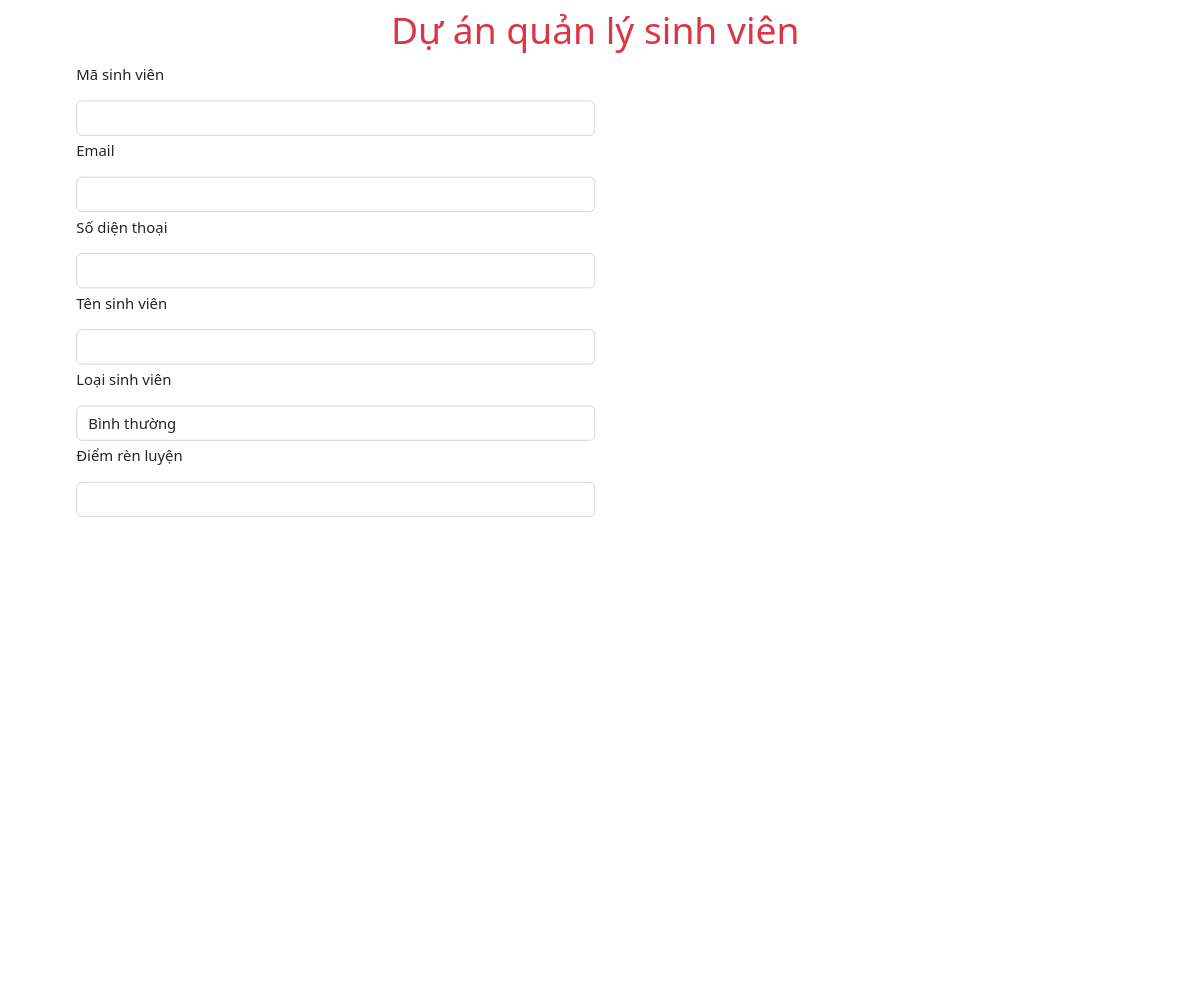
Repository: hcozyph/Cybersoft_JS_OOP
Page: index.html
The author's editor kept a copy of each file at every save. The page is drawn from the files as they stood at one save, then again after the next save.
The browser window is 1280 px wide. The pictures show the whole page, at 93% of full size.

Above is the page before, as saved 2023-02-26 09:22:58.

### index.html
<!DOCTYPE html>
<html lang="en">
    <head>
        <title>Quản lý sinh viên</title>
        <!-- Required meta tags -->
        <meta charset="utf-8" />
        <meta
            name="viewport"
            content="width=device-width, initial-scale=1, shrink-to-fit=no"
        />

        <!-- Bootstrap CSS v5.2.1 -->
        <link
            href="https://cdn.jsdelivr.net/npm/bootstrap@5.2.1/dist/css/bootstrap.min.css"
            rel="stylesheet"
            integrity="sha384-iYQeCzEYFbKjA/T2uDLTpkwGzCiq6soy8tYaI1GyVh/UjpbCx/TYkiZhlZB6+fzT"
            crossorigin="anonymous"
        />

        <!-- index.css -->
        <link rel="stylesheet" href="./assets/styles/index.css" />
    </head>

    <body>
        <div class="container" style="margin-bottom: 500px">
            <div class="title">
                <h3 class="text-center fs-1 text-danger my-2">
                    Dự án quản lý sinh viên
                </h3>
            </div>

            <div class="content">
                <div class="row"></div>
                <div class="col-md-6">
                    <div class="form-group my-1">
                        <p>Mã sinh viên</p>
                        <input class="form-control" id="maSinhVien"></input>
                    </div>

                    <div class="form-group my-1">
                        <p>Email</p>
                        <input class="form-control" id="email"></input>
                    </div>

                    <div class="form-group my-1">
                        <p>Số diện thoại</p>
                        <input class="form-control" id="soDienThoai"></input>
                    </div>
                </div>

                <div class="col-md-6">
                    <div class="form-group my-1">
                        <p>Tên sinh viên</p>
                        <input class="form-control" id="tenSinhVien"></input>
                    </div>

                    <div class="form-group my-1">
                        <p>Loại sinh viên</p>
                        <select class="form-control" id="loaiSinhVien">
                            <option value="">Bình thường</option>
                            <option value="">Khó khăn</option>
                        </select>
                    </div>

                    <div class="form-group my-1">
                        <p>Điểm rèn luyện</p>
                        <input type="number" class="form-control" id="diemRenLuyen">
                    </div>
                </div>
            </div>
        </div>

        <!-- Bootstrap JavaScript Libraries -->
        <script
            src="https://cdn.jsdelivr.net/npm/@popperjs/core@2.11.6/dist/umd/popper.min.js"
            integrity="sha384-oBqDVmMz9ATKxIep9tiCxS/Z9fNfEXiDAYTujMAeBAsjFuCZSmKbSSUnQlmh/jp3"
            crossorigin="anonymous"
        ></script>

        <script
            src="https://cdn.jsdelivr.net/npm/bootstrap@5.2.1/dist/js/bootstrap.min.js"
            integrity="sha384-7VPbUDkoPSGFnVtYi0QogXtr74QeVeeIs99Qfg5YCF+TidwNdjvaKZX19NZ/e6oz"
            crossorigin="anonymous"
        ></script>

        <!-- index.js -->
        <script src="./controllers/js/index.js"></script>
    </body>
</html>

### controllers/js/index.js
////----MÔ HÌNH MVC
/*
    M [model]       -- nơi chứa các file js là prototype (class)
    V [view]        -- nơi chứa các file giao diện (.html)
    C [controller]  -- các file điều hướng giao diện (index.html => index.js, qlsp.html => qlsp.js)

    ---------------------------------------------------

    util    -- chứa các file dùng chung cho dự án (ví dụ: các method sử dụng ở các dự án trước, hoặc libs [thư viện js] )
    assets  -- là folder chứa tài nguyên của hệ thống (img, audio, viddeo, css, font,...)

    */

Loaded but not shown: assets/styles/index.css (no stored copy; drawn as an empty file)

After the next save:
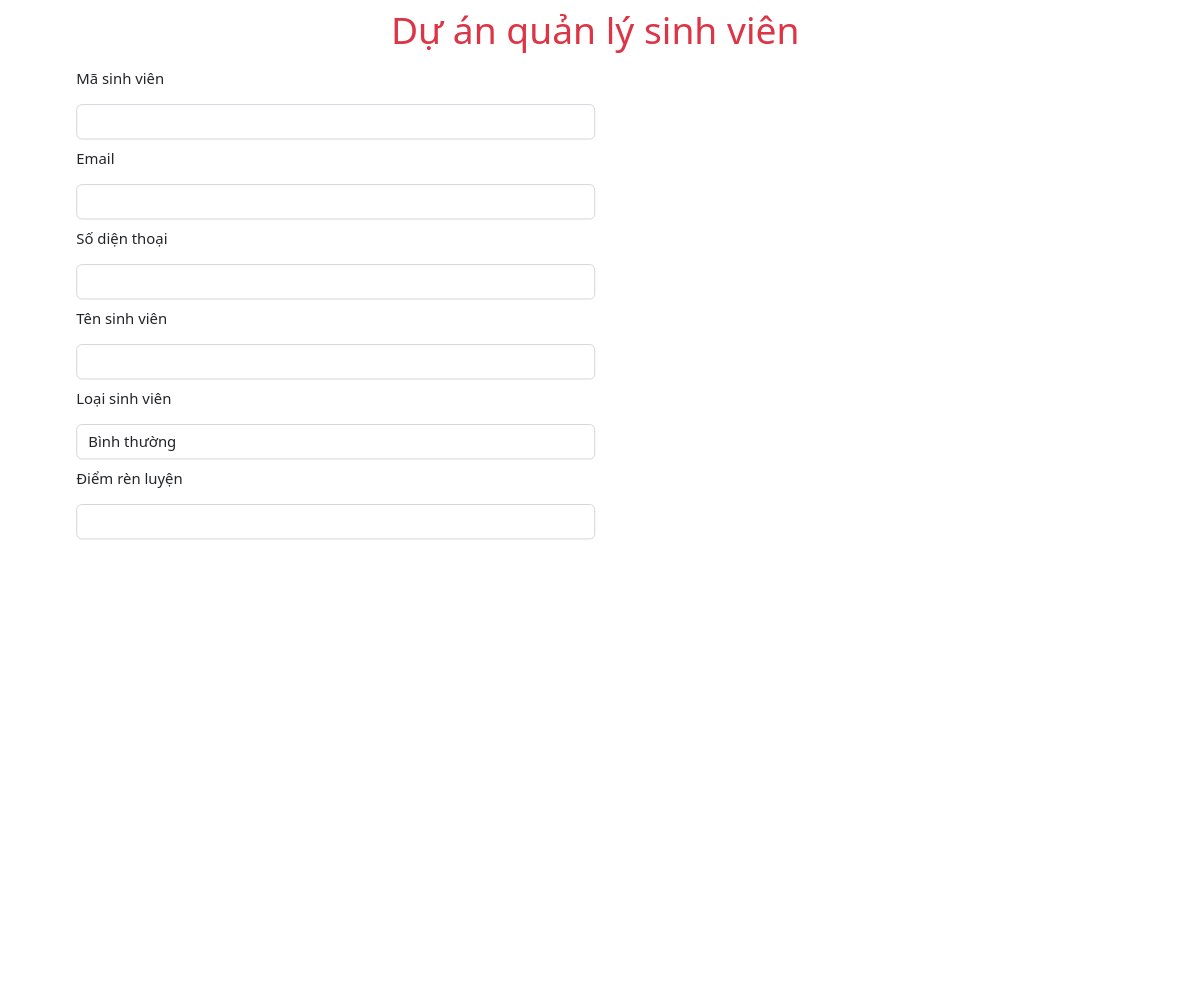
Saved 5 s later.
--- a/index.html
+++ b/index.html
@@ -32,29 +32,29 @@
             <div class="content">
                 <div class="row"></div>
                 <div class="col-md-6">
-                    <div class="form-group my-1">
+                    <div class="form-group my-2">
                         <p>Mã sinh viên</p>
                         <input class="form-control" id="maSinhVien"></input>
                     </div>
 
-                    <div class="form-group my-1">
+                    <div class="form-group my-2">
                         <p>Email</p>
                         <input class="form-control" id="email"></input>
                     </div>
 
-                    <div class="form-group my-1">
+                    <div class="form-group my-2">
                         <p>Số diện thoại</p>
                         <input class="form-control" id="soDienThoai"></input>
                     </div>
                 </div>
 
                 <div class="col-md-6">
-                    <div class="form-group my-1">
+                    <div class="form-group my-2">
                         <p>Tên sinh viên</p>
                         <input class="form-control" id="tenSinhVien"></input>
                     </div>
 
-                    <div class="form-group my-1">
+                    <div class="form-group my-2">
                         <p>Loại sinh viên</p>
                         <select class="form-control" id="loaiSinhVien">
                             <option value="">Bình thường</option>
@@ -62,7 +62,7 @@
                         </select>
                     </div>
 
-                    <div class="form-group my-1">
+                    <div class="form-group my-2">
                         <p>Điểm rèn luyện</p>
                         <input type="number" class="form-control" id="diemRenLuyen">
                     </div>
